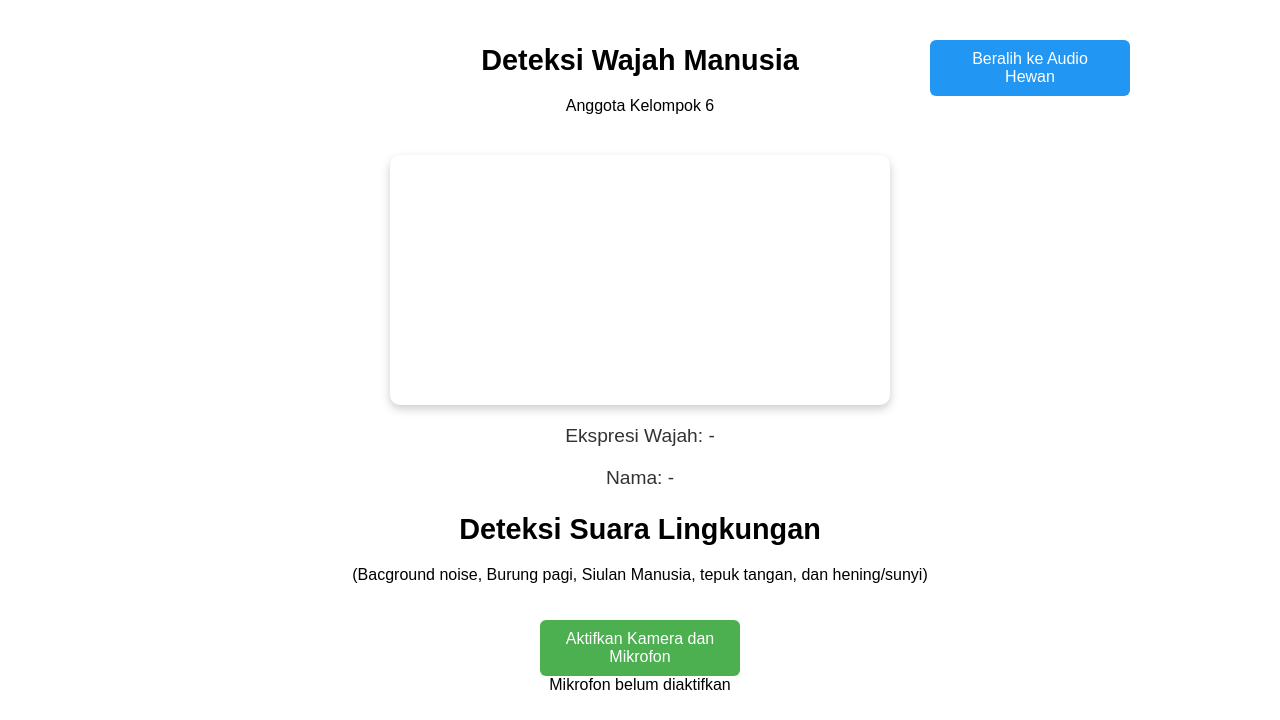
Repository: RalfyBawinto/working-teachable-machine
Page: index.html
These files come from the project's save history. The page is drawn as it stood at one moment and after the next save; the edit follows.
The browser window is 1280 px wide. The pictures show the whole page.

Above is the page before, as saved 2025-04-22 20:37:49.

After the next save:
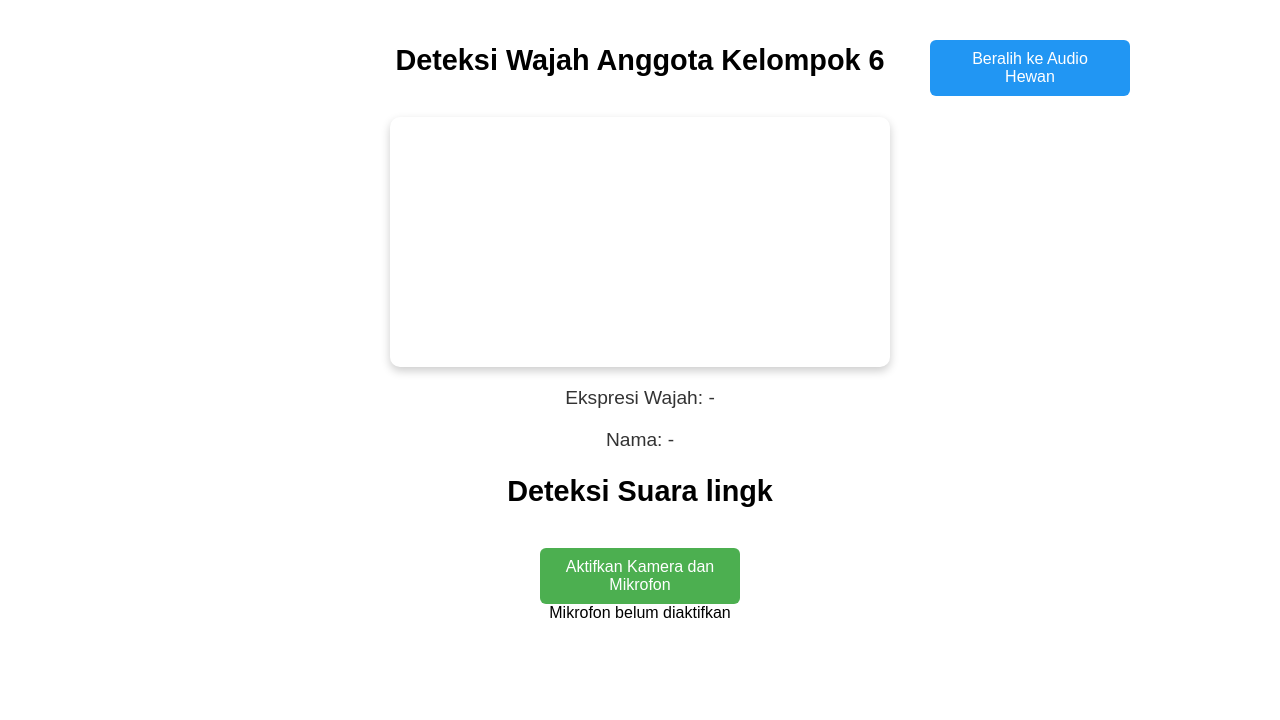
Saved 68 s later.
--- a/index.html
+++ b/index.html
@@ -8,8 +8,7 @@
   </head>
 
   <body>
-    <h2>Deteksi Wajah Manusia</h2>
-    <p>Anggota Kelompok 6</p>
+    <h2>Deteksi Wajah Anggota Kelompok 6</h2>
 
     <!-- Video untuk deteksi wajah -->
     <div id="video-container">
@@ -24,11 +23,7 @@
       <div class="output" id="name-output">Nama: -</div>
     </div>
 
-    <h2>Deteksi Suara Lingkungan</h2>
-    <p>
-      (Bacground noise, Burung pagi, Siulan Manusia, tepuk tangan, dan
-      hening/sunyi)
-    </p>
+    <h2>Deteksi Suara lingk</h2>
 
     <!-- Kontrol deteksi suara -->
     <button onclick="aktifkanDeteksi()">Aktifkan Kamera dan Mikrofon</button>
@@ -44,6 +39,10 @@
     </button>
 
     <!-- TensorFlow.js -->
+    <script src="https://cdn.jsdelivr.net/npm/@tensorflow/tfjs@3.21.0/dist/tf.min.js"></script>
+    <script src="https://cdn.jsdelivr.net/npm/@teachablemachine/image@0.8/dist/teachablemachine-image.min.js"></script>
+    <script src="https://cdn.jsdelivr.net/npm/@tensorflow-models/speech-commands@0.4.0/dist/speech-commands.min.js"></script>
+
     <script type="text/javascript">
       const faceModelURL =
         "https://teachablemachine.withgoogle.com/models/oTtv--EQC/";
@@ -54,13 +53,10 @@
       let faceModel, nameModel, recognizer;
       let video, canvas, ctx;
 
-      let lastVoiceLabel = "";
-      let lastVoiceScore = 0;
-      let lastVoiceUpdateTime = 0;
-
       async function createModel() {
         const checkpointURL = URL + "model.json";
         const metadataURL = URL + "metadata.json";
+
         recognizer = speechCommands.create(
           "BROWSER_FFT",
           undefined,
@@ -76,6 +72,7 @@
         ctx = canvas.getContext("2d");
 
         try {
+          // Memuat model wajah dan nama
           faceModel = await tmImage.load(
             faceModelURL + "model.json",
             faceModelURL + "metadata.json"
@@ -85,6 +82,7 @@
             nameModelURL + "metadata.json"
           );
 
+          // Akses kamera
           const stream = await navigator.mediaDevices.getUserMedia({
             video: { facingMode: "user" },
             audio: false,
@@ -104,9 +102,7 @@
       async function loop() {
         ctx.drawImage(video, 0, 0, canvas.width, canvas.height);
         await predictFace();
-        setTimeout(() => {
-          requestAnimationFrame(loop);
-        }, 500); // Delay 500ms antar prediksi agar tidak terlalu cepat
+        requestAnimationFrame(loop);
       }
 
       async function predictFace() {
@@ -115,7 +111,6 @@
           (max, p) => (p.probability > max.probability ? p : max),
           { probability: 0 }
         );
-
         document.getElementById("face-output").innerText = `Ekspresi Wajah: ${
           highest1.className
         } (${(highest1.probability * 100).toFixed(1)}%)`;
@@ -126,6 +121,7 @@
           { probability: 0 }
         );
 
+        // Daftar anggota kelompok 6
         const anggotaKelompok6 = [
           "Risky Imbat",
           "Felygio Tumiwa",
@@ -133,8 +129,11 @@
           "Ralfy Bawinto",
           "Muhammad Luhung",
         ];
+
+        // Ambang batas kepercayaan (misalnya 80%)
         const threshold = 0.8;
 
+        // Cek apakah hasil terdeteksi termasuk anggota kelompok
         if (
           highest3.probability >= threshold &&
           anggotaKelompok6.includes(highest3.className)
@@ -155,14 +154,20 @@
           });
           document.getElementById("status").textContent = "Mikrofon aktif 🎤";
 
+          // Setelah mikrofon aktif, muat model suara
           await createModel();
           const classLabels = recognizer.wordLabels();
+
+          // Menampilkan label kategori suara
           const labelContainer = document.getElementById("label-container");
-          labelContainer.innerHTML = "";
-
+          labelContainer.innerHTML = ""; // Clear previous results
+
+          // Mulai mendeteksi suara
           recognizer.listen(
             (result) => {
               const scores = result.scores;
+
+              // Temukan nilai tertinggi
               let maxScore = -1;
               let maxLabel = "";
               for (let i = 0; i < scores.length; i++) {
@@ -172,21 +177,11 @@
                 }
               }
 
-              const now = Date.now();
-              const scoreDiff = Math.abs(maxScore - lastVoiceScore);
-
-              if (
-                maxLabel !== lastVoiceLabel ||
-                scoreDiff > 0.15 ||
-                now - lastVoiceUpdateTime > 1500
-              ) {
-                lastVoiceLabel = maxLabel;
-                lastVoiceScore = maxScore;
-                lastVoiceUpdateTime = now;
-
-                const percentage = (maxScore * 100).toFixed(2);
-                labelContainer.innerHTML = `${maxLabel}: ${percentage}%`;
-              }
+              // Konversi skor tertinggi menjadi persentase
+              const percentage = (maxScore * 100).toFixed(2);
+
+              // Tampilkan hanya kategori dengan nilai tertinggi
+              labelContainer.innerHTML = `${maxLabel}: ${percentage}%`;
             },
             {
               includeSpectrogram: true,
@@ -196,6 +191,7 @@
             }
           );
 
+          // Mulai deteksi wajah
           startFaceDetection();
         } catch (err) {
           console.error("Gagal mengakses mikrofon:", err);
